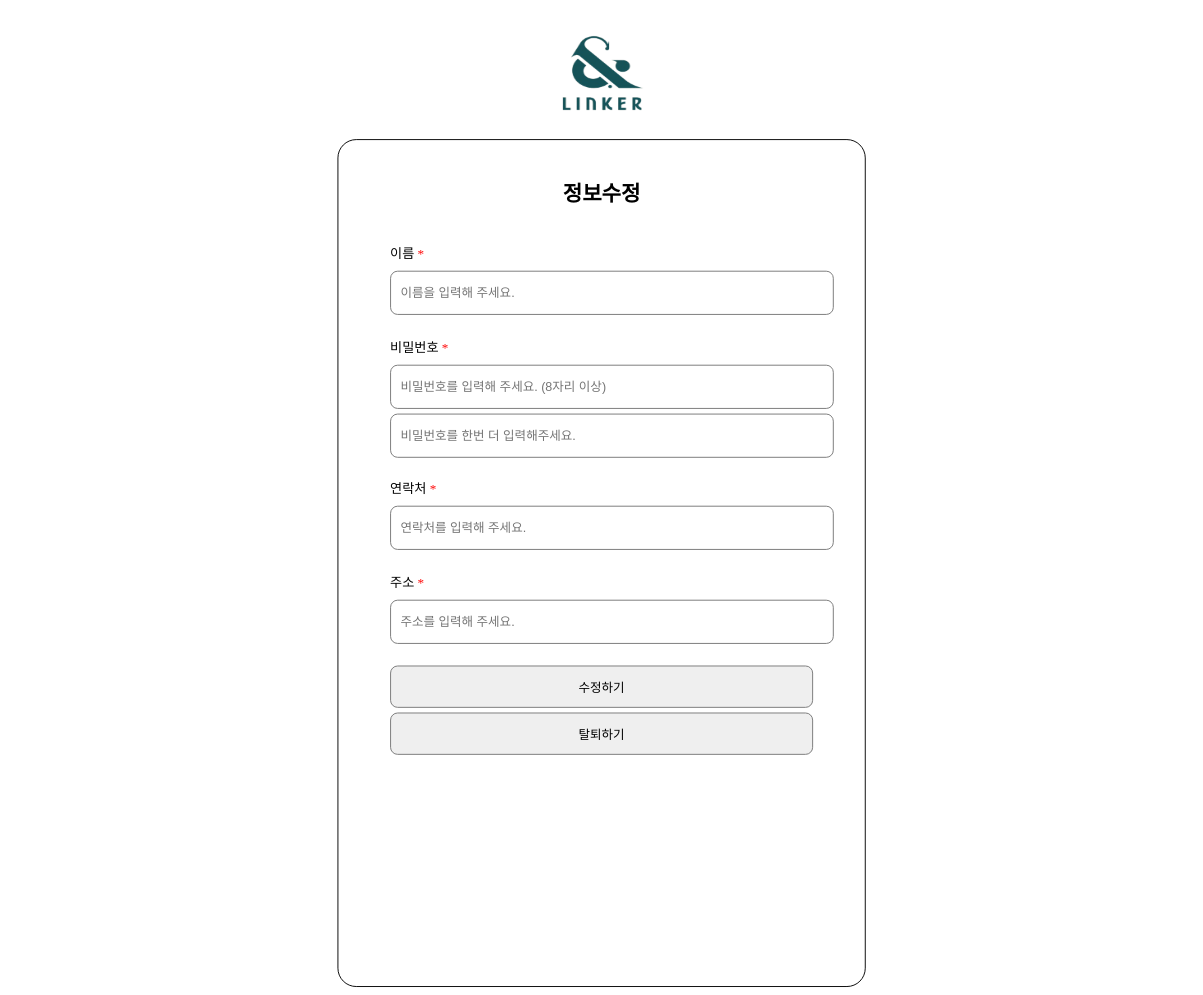
Repository: soomseting/let_me_go
Page: http://localhost/LINKER_re/jsp/main/user_update.jsp
The author's editor kept a copy of each file at every save. The page is drawn from the files as they stood at one save, then again after the next save.
The browser window is 1280 px wide. The pictures show the whole page, at 94% of full size.
The page is served by Tomcat 9. Other server files are loaded and not shown.

Above is the page before, as saved 2025-03-24 08:19:36.
Console error: TypeError: Cannot set properties of null (setting 'onclick')

### LINKER_re/src/main/webapp/jsp/main/user_update.jsp
<%@ page language="java" contentType="text/html; charset=UTF-8" pageEncoding="UTF-8"%>
<!DOCTYPE html>
<html lang="en">

<head>
    <meta charset="UTF-8">
    <meta name="viewport" content="width=device-width, initial-scale=1.0">
    <title>정보수정</title>
    <link rel="stylesheet" href="../../css/sign_up.css">
    <script src="https://ajax.googleapis.com/ajax/libs/jquery/3.3.1/jquery.min.js"></script>
    <script src="../../js/jquery-3.7.1.js"></script>
    <script src="../../js/script.js"></script>
</head>

<body>
    <section>
        <div class="sign_up_logo">
            <img src="../../img/logo.png" alt="logo">
        </div>
        <div class="sign_up_content">
            <div class="su_title">
                <h1>정보수정</h1>
            </div>
            <form action="/LINKER/modifyOrDelete.users" method="post" name="action_form">
                <div class="su_con_wrap">
                    <div class="su_con_box">
                        <div class="su_ct">이름<span> *</span></div>
                        <div class="su_input"><input type="text" name="user_name" placeholder="이름을 입력해 주세요." required></div>
                    </div>
                    <div class="su_con_box">
                        <div class="su_ct">비밀번호<span> *</span></div>
                        <div class="su_input"><input type="password" name="password" placeholder="비밀번호를 입력해 주세요. (8자리 이상)" required></div>
                        <div class="su_input"><input type="password" name="password_confirm" placeholder="비밀번호를 한번 더 입력해주세요." required></div>
                    </div>
                    <div class="su_con_box su_con_one">
                        <div class="su_ct">연락처<span> *</span></div>
                        <div class="su_input"><input type="text" name="phone" placeholder="연락처를 입력해 주세요." required></div>
                    </div>
                    <div class="su_con_box su_con_thr">
                        <div class="su_ct">주소<span> *</span></div>
                        <div class="su_input"><input type="text" name="user_address" placeholder="주소를 입력해 주세요." required></div>
                    </div>
                    <div class="su_con_box su_con_for">
                        <!-- 수정하기 버튼 -->
                        <div class="su_input sui1"><button type="button" id="update" onclick="some()" >수정하기</button></div>
                        <!-- 탈퇴하기 버튼 -->
                        <div class="su_input sui2"><button type="button" id="delete" onclick="some()" >탈퇴하기</button></div>
                    </div>
                    <!-- button변경 후 js로 action 각각 설정 controller에서 각각 설정 -->
                </div>
            </form>
        </div>
    </section>
    <script type="text/javascript">
	function some(){
		if(event.target.id==="update"){
			document.action_form.action="/LINKER/modify.users";
		}else if(event.target.id==="delete"){
			document.action_form.action="/LINKER/delete.users";
		}

		document.action_form.submit();

	}
</script>
</body>


</html>

### LINKER_re/src/main/webapp/css/sign_up.css
/*sign_up*/
.sign_up_logo{width: 250px;height: 140px;margin: 0 auto;}
.sign_up_logo img{width: 250px;height: 140px;}

.sign_up_content{width: 560px;height: 900px;border: 1px solid black; margin: 0 auto; border-radius: 20px;}

.su_title{font-weight: bold;font-family: Arial, Helvetica, sans-serif; padding: 20px 50px;text-align: center; font-size: 15px;}

.su_con_wrap{width: 560px;height: 800px;}
.su_con_box{width: 450px;height: 100px;margin: 0 auto;}
.su_ct{font-size: 14px; margin-bottom: 10px;}
.su_ct span{color: red;}
.su_input input{width: 450px;height: 45px; border-radius: 8px; border: 1px solid #777;margin-bottom: 5px;}
.su_input input[placeholder]{padding: 0 10px;}
.su_con_one{margin-top: 50px;}
/* .su_con_for{margin-top: 15px;} */
.su_con_for input{width: 475px;height: 50px; margin-top: 10px; background: #165358; color: #fff;font-size: 15px;transition: 0.3s;border: none;}
.su_con_for>.sui1:hover input{background: #518682; transition: 0.3s;border: none;cursor: pointer;}
.su_con_for>.sui2:hover input{background: #518682; transition: 0.3s;border: none;cursor: pointer;}

#sign_up_agree{font-size: 10px;margin-bottom: 10px;color: rgb(154, 155, 167);}

.su_flex{display: flex; align-items: center;}
.su_flex input{width: 20px;height: 20px;}

.su_input button{width: 450px;height: 45px; border-radius: 8px; border: 1px solid #777;margin-bottom: 5px;}

### LINKER_re/src/main/webapp/js/script.js
$(document).ready(function () {

        //main_img_slide
        var img= $("#slide div");
        var cnt=0;
        var max=img.length-1;
        setInterval(next ,3000);

        function next(){
            if(img.is(":animated")) return false;
            $(img[cnt]).animate({"left":"-100%"}).siblings().css({"left":"100%"});
            cnt++;
            if(cnt>max) cnt=0;
            $(img[cnt]).animate({"left":0});
            }

        //sign_in_popup
        function open(){
            $('#pop').css({"display":"block"});

            $('#semi_wrap').css({"position":"sticky"});
            $('section').css({"margin-top":"0"});
        }
        $(".sign_in").on("click",open);
        function close(){
            $('#pop').css({"display":"none"});
            $('#semi_wrap').css({"position":"fixed"});
            $('section').css({"margin-top":"101px"});
        }
        $("#close").on("click",close);

        $('input[type="checkbox"][name="user_category"]').click(function(){

            if($(this).prop('checked')){
               $('input[type="checkbox"][name="user_category"]').prop('checked',false);
               $(this).prop('checked',true);
              }
        });

        /*product_detail*/
        var detail_main = document.querySelector(".detail_main img");
        var detail_sub = document.querySelector(".detail_sub");

        // var ping = document.querySelectorAll(".de_sub img");

        detail_sub.onclick = function(e){
            // console.log(event.target);
            if(e.target.getName == "DIV"){
                return;
            }
            detail_main.src = e.target.src;
        }
        // ping.onclick = function(){
        //     if(ping.classList.contains("pr_ping")){
        //         ping.style.width = "50px";
        //         ping.style.height = "50px";
        //         ping.style.border = "5px solid black";
        //     }else{
        //         ping.style.width = "50px";
        //         ping.style.height = "50px";
        //         ping.style.border = "none";
        //     }
        //     ping.classList.toggle("pr_ping");
        // }
});

Loaded but not shown: LINKER_re/src/main/webapp/js/jquery-3.7.1.js (library)

After the next save:
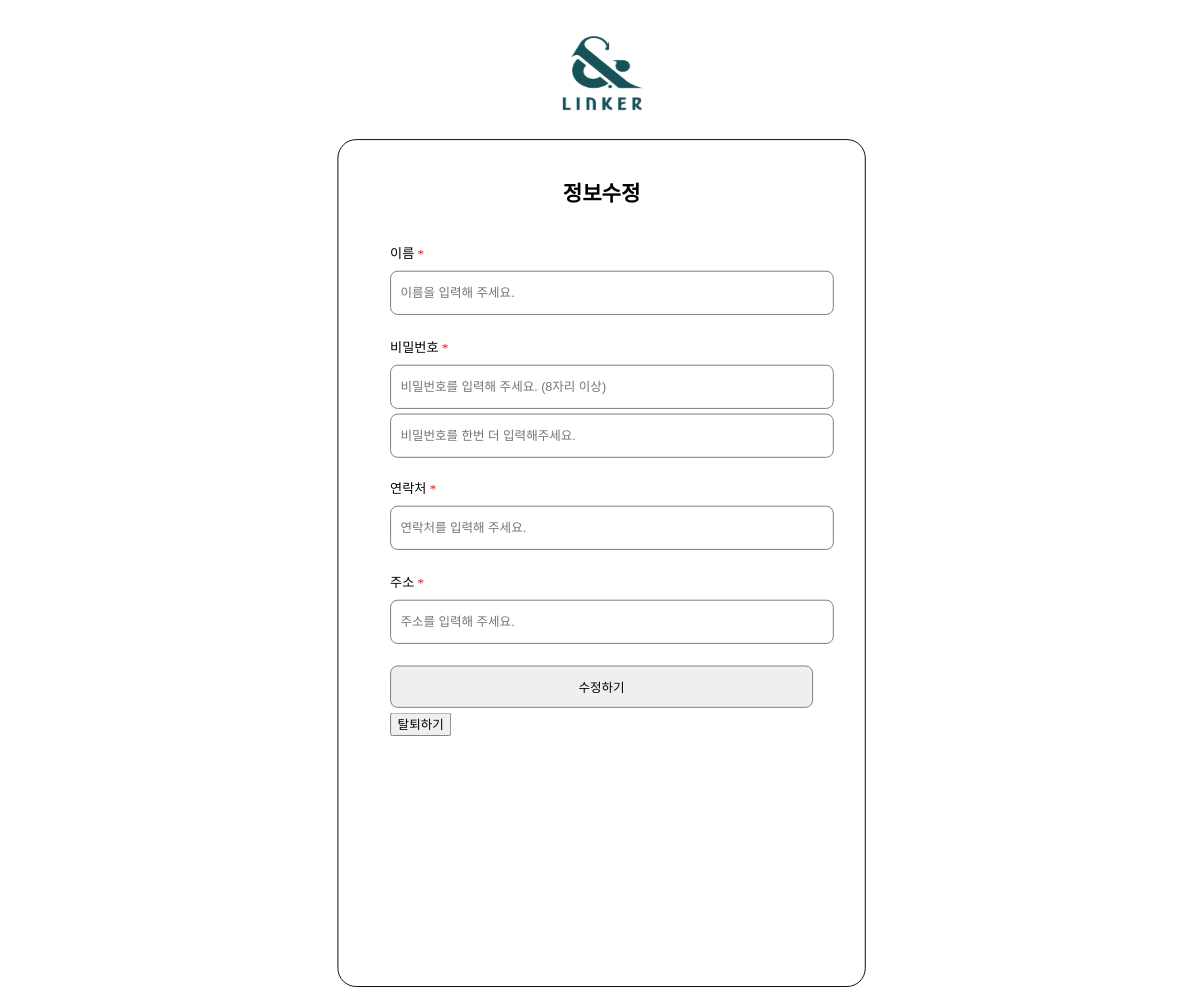
Saved 54 s later.
--- a/LINKER_re/src/main/webapp/css/sign_up.css
+++ b/LINKER_re/src/main/webapp/css/sign_up.css
@@ -23,4 +23,4 @@
 .su_flex{display: flex; align-items: center;}
 .su_flex input{width: 20px;height: 20px;}
 
-.su_input button{width: 450px;height: 45px; border-radius: 8px; border: 1px solid #777;margin-bottom: 5px;}
+#update{width: 450px;height: 45px; border-radius: 8px; border: 1px solid #777;margin-bottom: 5px;}

After the save that followed:
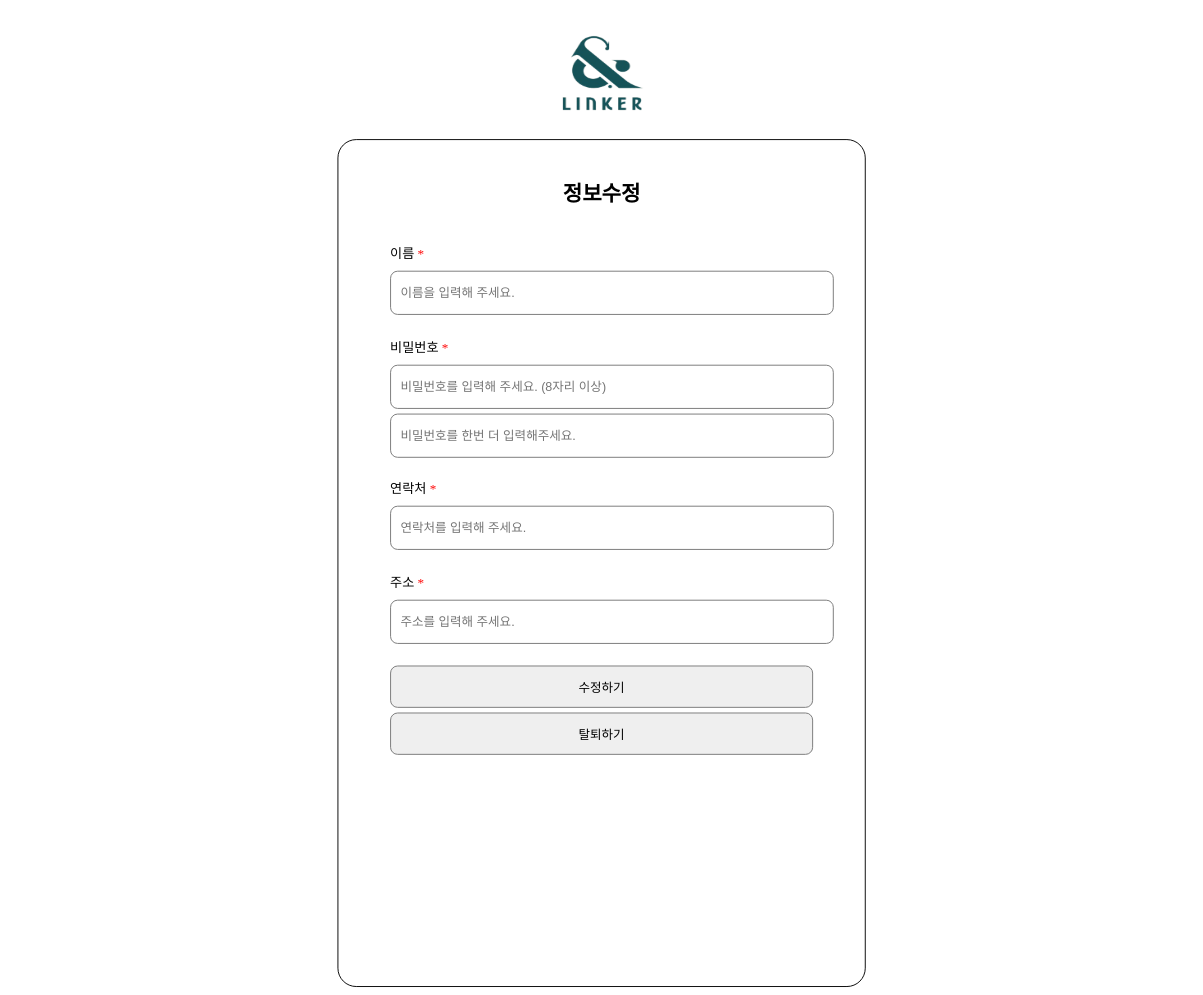
Saved 17 s later.
--- a/LINKER_re/src/main/webapp/css/sign_up.css
+++ b/LINKER_re/src/main/webapp/css/sign_up.css
@@ -24,3 +24,4 @@
 .su_flex input{width: 20px;height: 20px;}
 
 #update{width: 450px;height: 45px; border-radius: 8px; border: 1px solid #777;margin-bottom: 5px;}
+#delete{width: 450px;height: 45px; border-radius: 8px; border: 1px solid #777;margin-bottom: 5px;}
